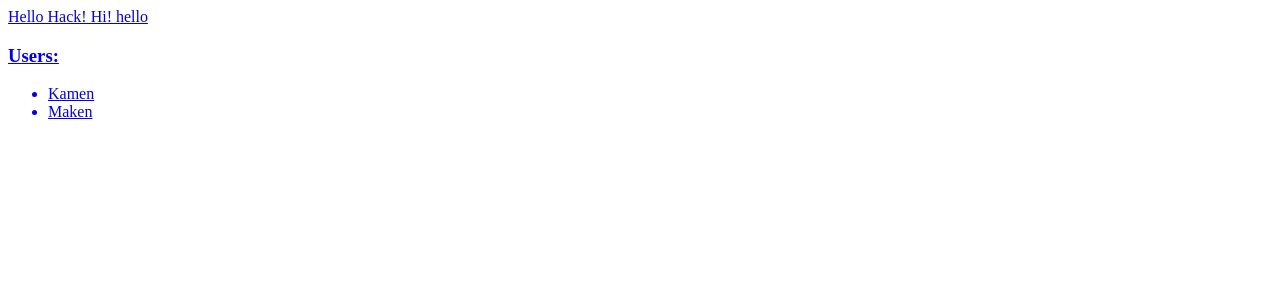
Repository: borisaltanov/HackBulgaria-Java-101
Page: http://localhost/TodooList/Index
The author's editor kept a copy of each file at every save. The page is drawn from the files as they stood at one save, then again after the next save.
The browser window is 1280 px wide. The pictures show the whole page.
The page is served by Tomcat 9.

Above is the page before, as saved 2017-02-17 17:44:47.

After the next save:
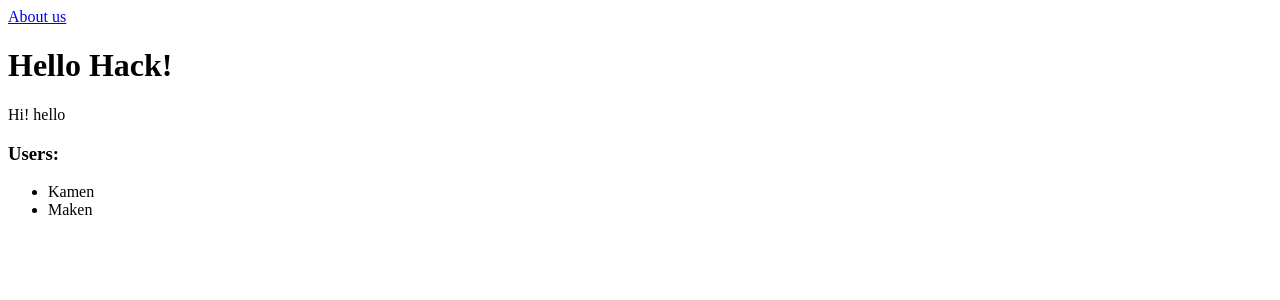
Saved 30 s later.
--- a/java-ee/TodooList/WebContent/index.jsp
+++ b/java-ee/TodooList/WebContent/index.jsp
@@ -12,7 +12,7 @@
 		<title>${title}</title>
 	</head>
 	<body>
-		<a href="TodooList/AboutUs/";
+		<a href="TodooList/AboutUs/">About us</a>
 
 		<h1>Hello Hack!</h1>
 		<%=hi %>
